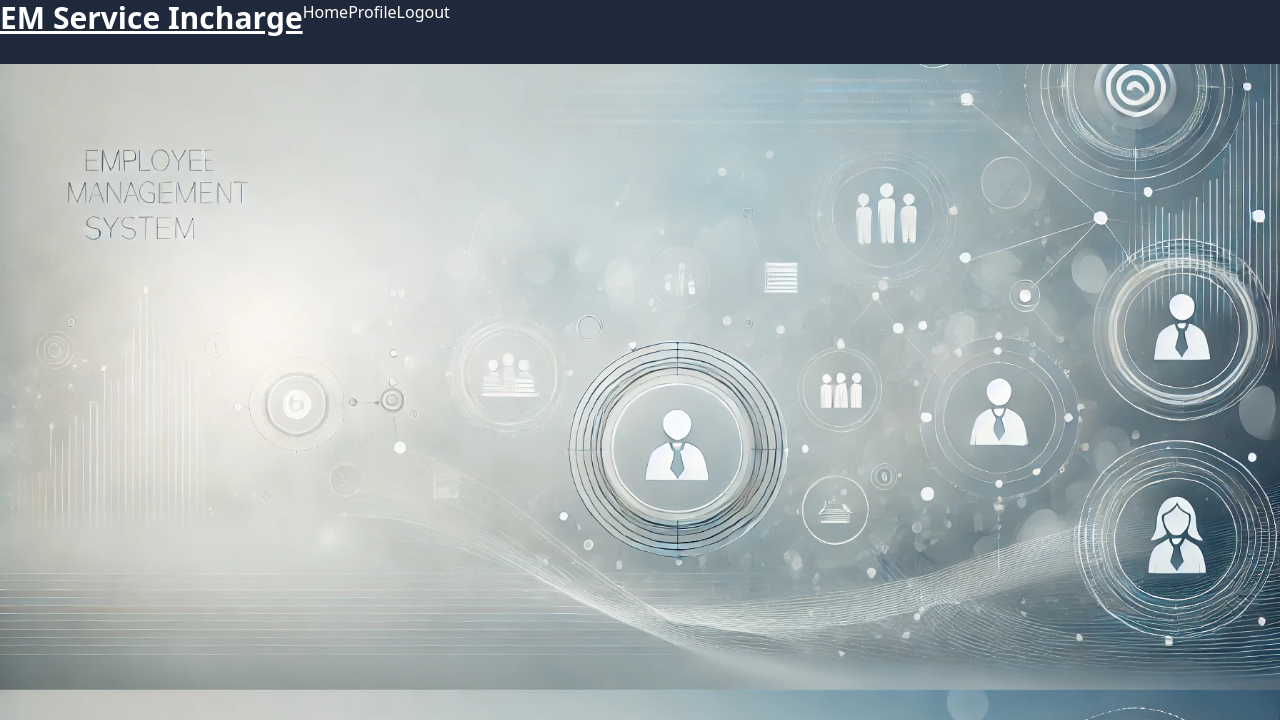
Repository: Vaibhav979/EmployeeManagement-Spring
Page: / (app in em-project-view/)
An editor plug-in stored every save of this project. The page is shown before and after a run of saves, followed by the edit.
The browser window is 1280 px wide. The pictures show the whole page.
The project was rebuilt for these pictures with package versions that can differ from the ones it lists, and the page was loaded fresh each time. Also part of the build but not shown: em-project-view/vite.config.js.

Above is the page before, as saved 2025-01-02 22:33:46.

After the next 2 saves:
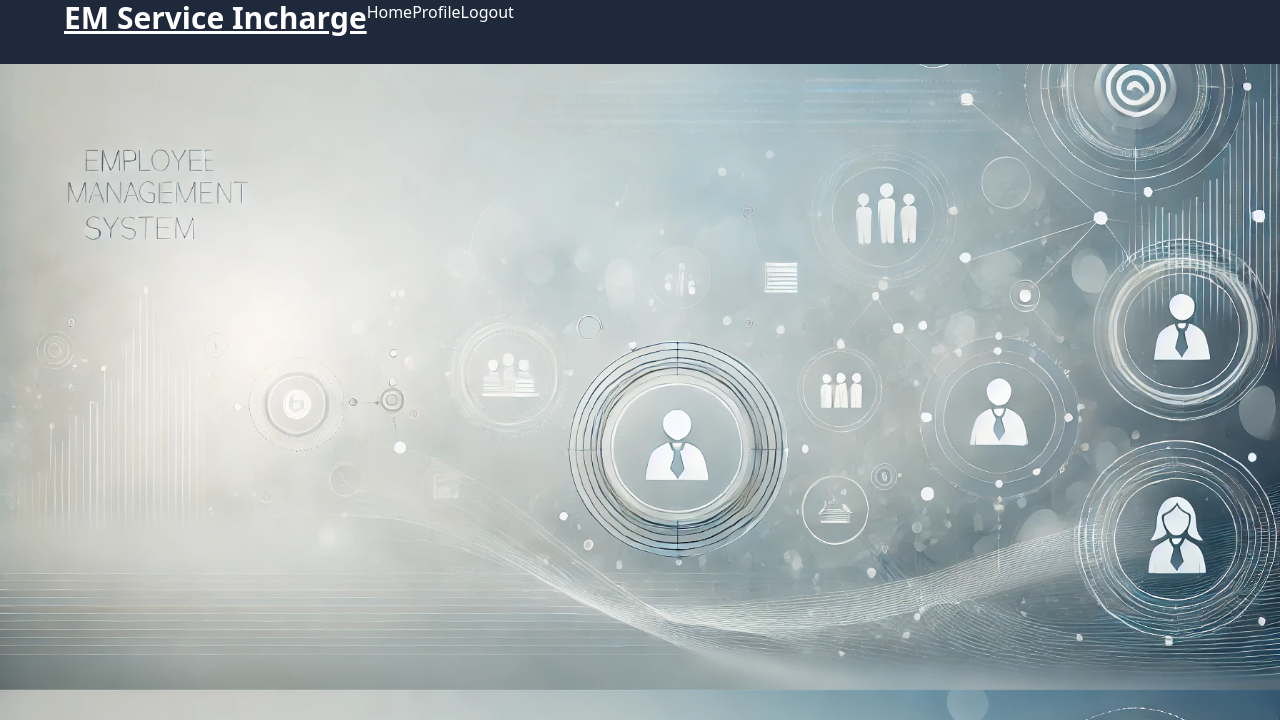
The 2 saves are shown as one change because they came seconds apart.
The last was saved 19 s later.
--- a/em-project-view/src/App.jsx
+++ b/em-project-view/src/App.jsx
@@ -3,7 +3,7 @@ import "./App.css";
 
 function App() {
   return (
-    <div className="bg-slate-800 flex h-16">
+    <div className="bg-slate-800 flex h-16 px-16">
       <h1 className="text-3xl font-bold underline">EM Service Incharge</h1>
       <a href="/"> Home </a>
       <a href="/"> Profile </a>
